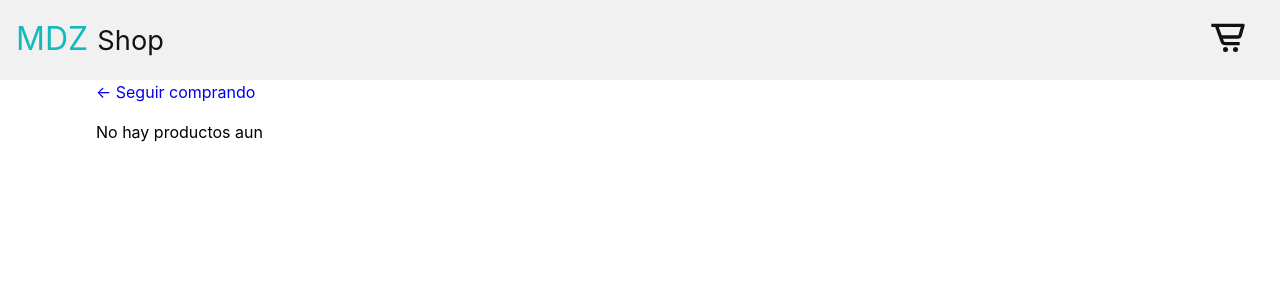
Repository: leo7mdz/FE-e-Commerce-shoes
Page: /cart
These files come from the project's save history. The page is drawn as it stood at one moment and after the next save; the edit follows.
The browser window is 1280 px wide. The pictures show the whole page.
The project was rebuilt for these pictures with package versions that can differ from the ones it lists, and the page was loaded fresh each time. Also part of the build but not shown: vite.config.js, src/components/banner.module.css, src/components/Banner.jsx, src/components/card.module.css, src/components/Card.jsx, src/components/gridProducts.module.css, src/components/Products.jsx, src/components/product.module.css and 5 more.

Above is the page before, as saved 2023-03-02 19:11:03.

After the next save:
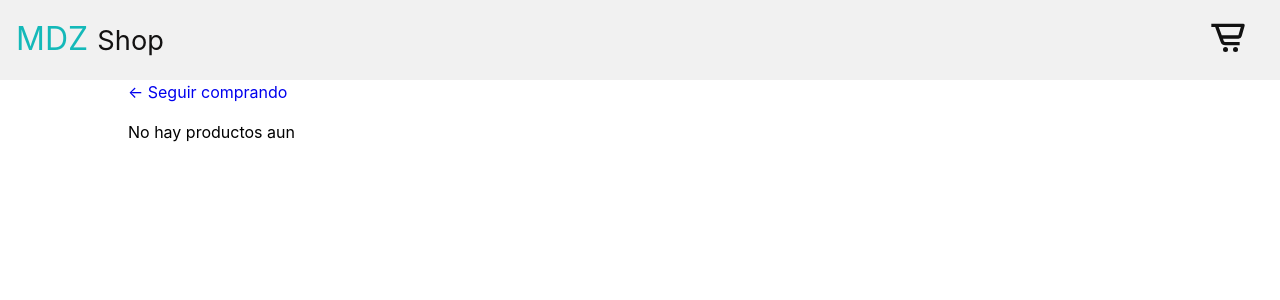
Saved 59 s later.
--- a/src/components/cart.module.css
+++ b/src/components/cart.module.css
@@ -5,6 +5,6 @@
 
 @media screen and (min-width: 1120px) {
     .containerCart {
-        width: 85%;
+        width: 80%;
     }
 }
